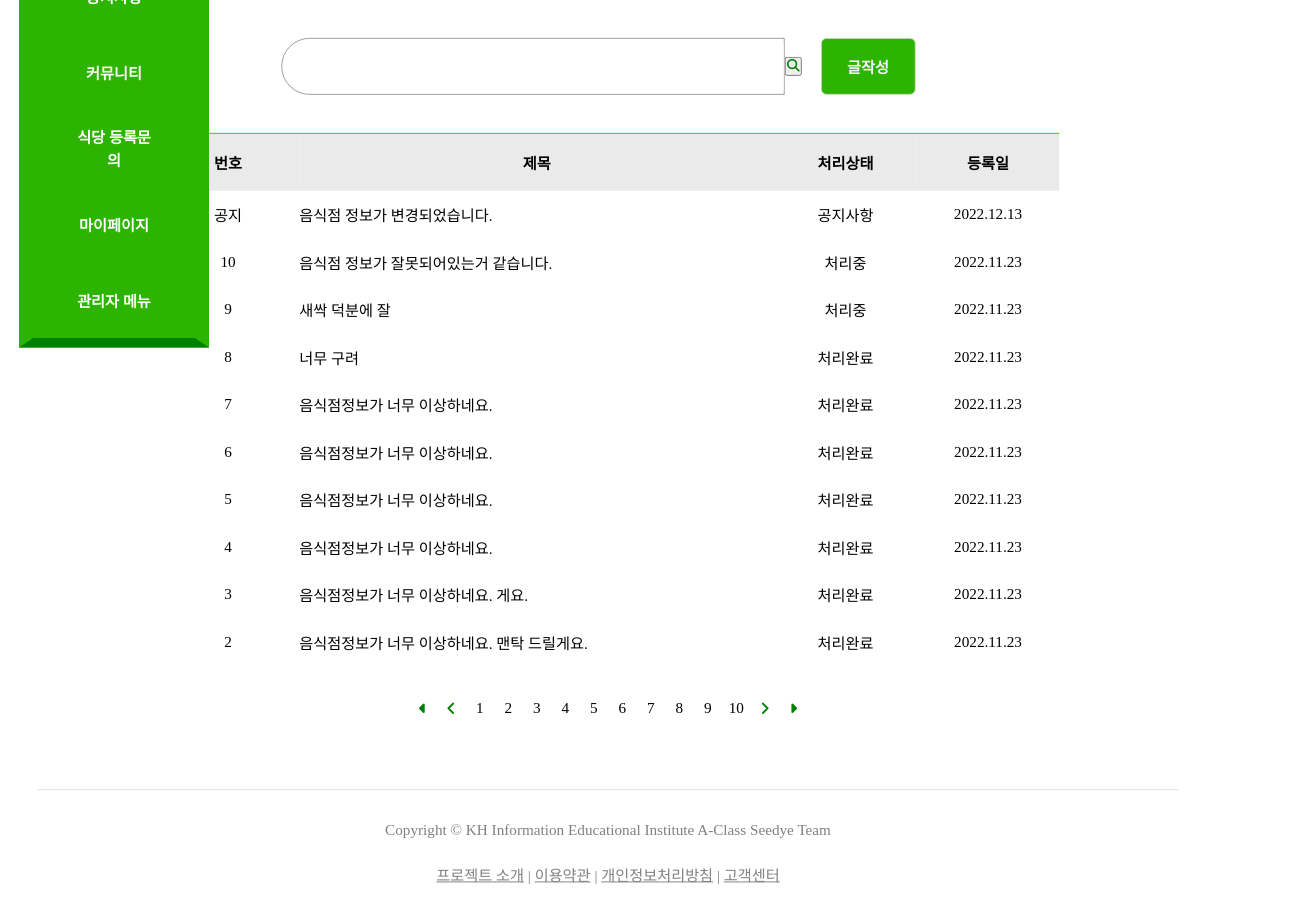
Repository: Seedye/Seedye
Page: team/src/main/webapp/html/board/board-list.html
These files come from the project's save history. The page is drawn as it stood at one moment and after the next save; the edit follows.
The browser window is 1280 px wide. The page is 1385 px wide, so the pictures cover 1385 px, including what lies to the right of the window. The pictures show the part of the page from y = 423 to 1388 px (the page is 1388 px tall), at 95% of full size.
Some web fonts or font styles are not loaded; a fallback is used. Some web libraries are served in a nearby version.

Above is the page before, as saved 2022-12-30 10:38:25.

After the next save:
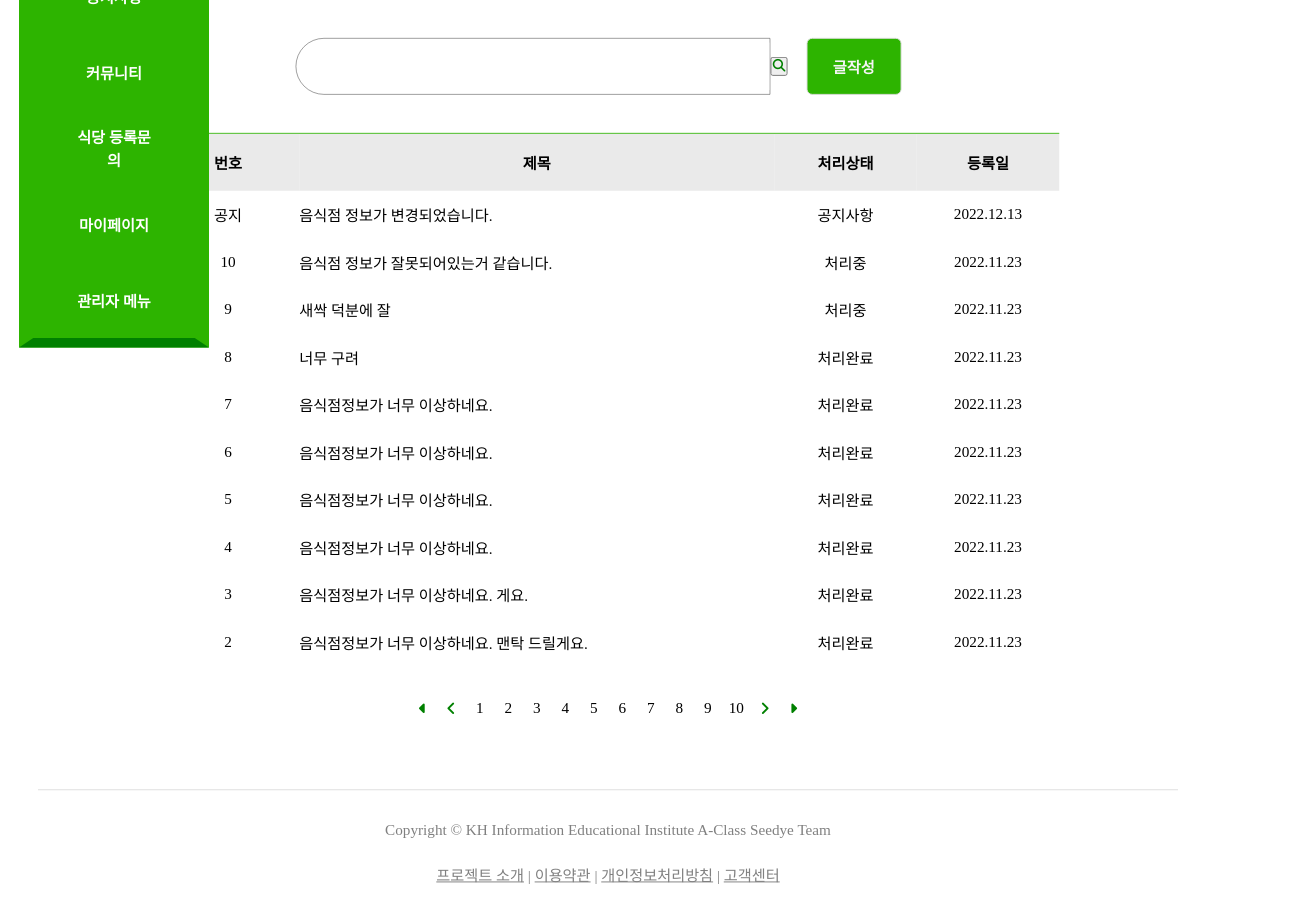
Saved 61 s later.
--- a/team/src/main/webapp/resources/css/board/boardList-style.css
+++ b/team/src/main/webapp/resources/css/board/boardList-style.css
@@ -34,7 +34,7 @@
 }
 .board-list-serch{
   width: 50vw;
-  min-width: 530px;
+  min-width: 300px;
   max-width: 500px;
   height: 60px;
   border-radius: 30px 0 0 30px;
